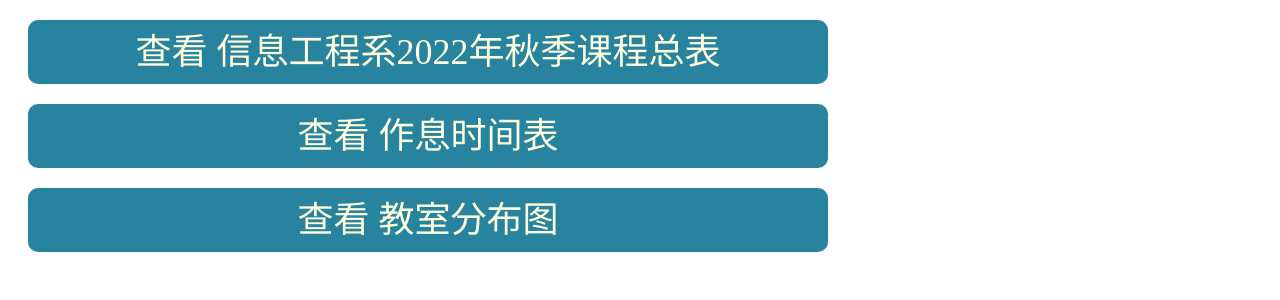
Repository: teacherlonglong/teacherlonglong.github.io
Page: index.html
An editor plug-in stored every save of this project. The page is shown before and after the next save, followed by the edit.
The browser window is 1280 px wide. The pictures show the whole page.

Above is the page before, as saved 2022-09-13 17:45:57.

### index.html
<html>

<head>
    <title>欢迎</title>
    <style>
        .mylink{
            display: block;
            text-decoration: none;
            line-height: 64px;
            height: 64px;
            background-color: #28839F;
            width: 800px;
            margin:20px;
            font-size: 36px;
            border-radius: 10px;
            text-align: center;
            color:#FEFEDF;
        }
    </style>
</head>

<body>
    <a class="mylink" href="./信息工程系2022年秋季课程总表.htm">查看 信息工程系2022年秋季课程总表</a>
    <a class="mylink" href="./作息时间表.htm">查看 作息时间表</a>
    <a class="mylink" href="./教室分布图.htm">查看 教室分布图</a>
</body>

</html>

After the next save:
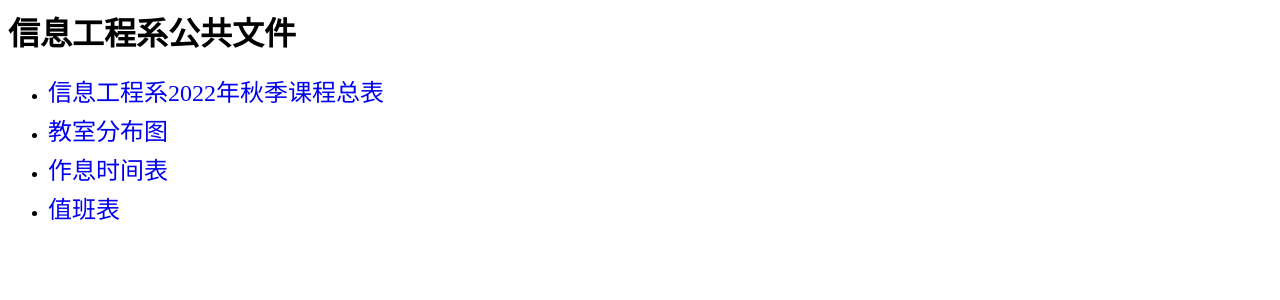
Saved 5 days later.
--- a/index.html
+++ b/index.html
@@ -1,28 +1,27 @@
 <html>
 
 <head>
-    <title>欢迎</title>
+    <title>信息工程系公共文件</title>
     <style>
-        .mylink{
-            display: block;
+        li {
+            line-height: 36px;
+        }
+        a {
+            font-size: 24px;
             text-decoration: none;
-            line-height: 64px;
-            height: 64px;
-            background-color: #28839F;
-            width: 800px;
-            margin:20px;
-            font-size: 36px;
-            border-radius: 10px;
-            text-align: center;
-            color:#FEFEDF;
         }
     </style>
 </head>
 
 <body>
-    <a class="mylink" href="./信息工程系2022年秋季课程总表.htm">查看 信息工程系2022年秋季课程总表</a>
-    <a class="mylink" href="./作息时间表.htm">查看 作息时间表</a>
-    <a class="mylink" href="./教室分布图.htm">查看 教室分布图</a>
+    <h1>信息工程系公共文件</h1>
+    <ul>
+        <li><a href="./信息工程系2022年秋季课程总表.htm" target="_blank">信息工程系2022年秋季课程总表</a></li>
+        <li><a href="./教室分布图.htm" target="_blank">教室分布图</a></li>
+        <li><a href="./作息时间表.htm" target="_blank">作息时间表</a></li>
+        <li><a href="./值班表.htm" target="_blank">值班表</a></li>
+    </ul>
+
 </body>
 
 </html>
